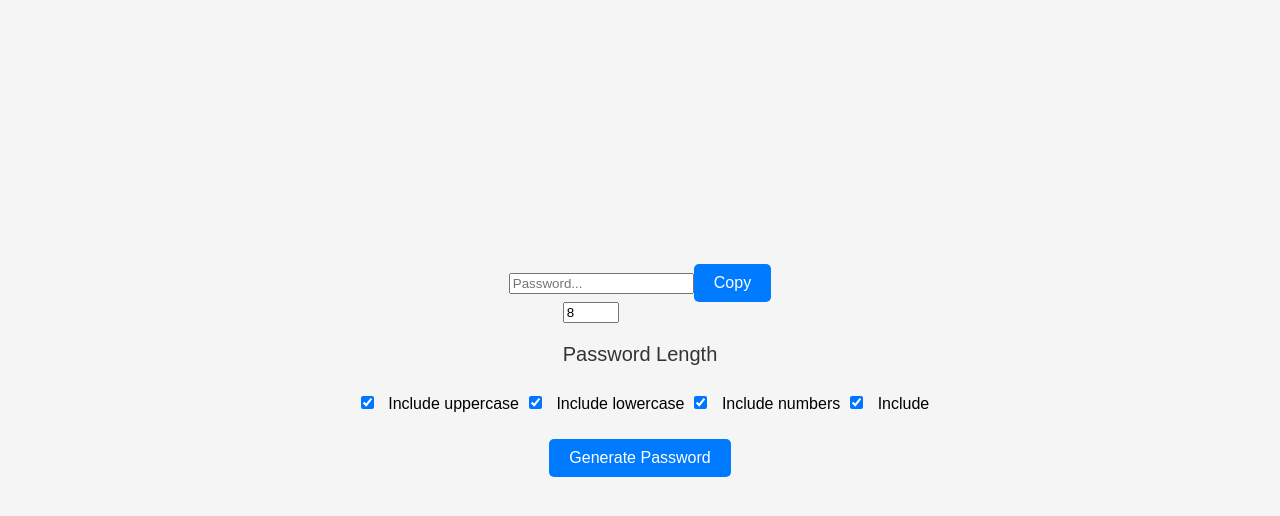
Repository: sriram1224/pass-generator
Page: /
The author's editor kept a copy of each file at every save. The page is drawn from the files as they stood at one save, then again after the next save.
The browser window is 1280 px wide. The pictures show the whole page.
The project was rebuilt for these pictures with package versions that can differ from the ones it lists, and the page was loaded fresh each time.

Above is the page before, as saved 2024-03-21 19:58:08.

After the next save:
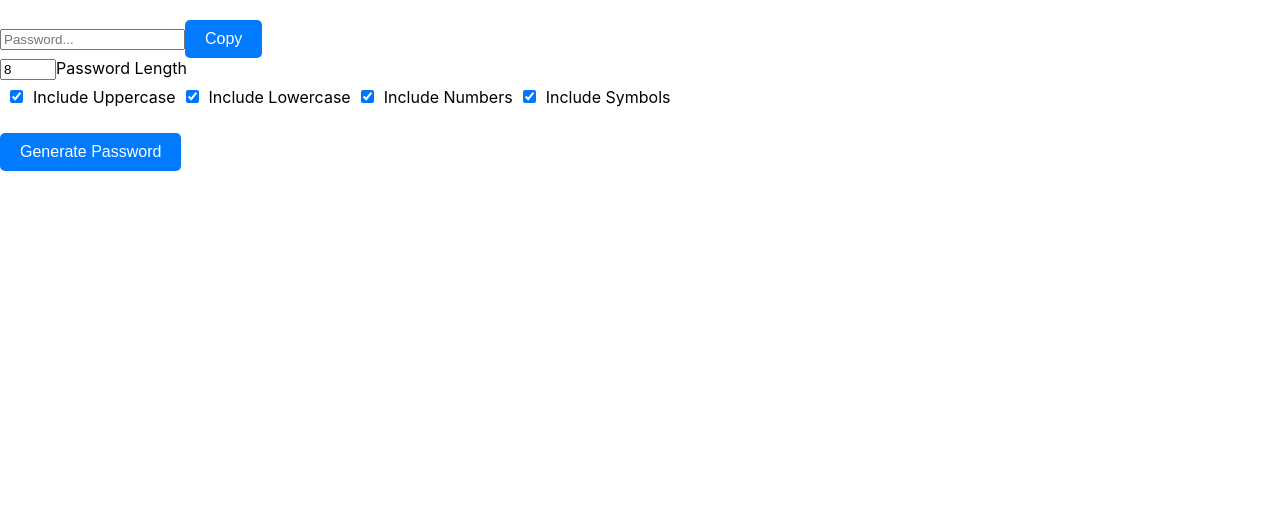
Saved 72 s later.
--- a/src/App.js
+++ b/src/App.js
@@ -20,14 +20,14 @@ function generatePassword(length, includeUpper, includeLower, includeNumber, inc
 }
 
 function App() {
-  const [password,setPassword] = useState('');
-  const includeUpperref = useRef(true);
-  const includeLowerref= useRef(true);
-  const includeSymbolref = useRef(true);
-  const includeNumberref= useRef(true);
+  const [password, setPassword] = useState('');
+  const includeUpperRef = useRef(true);
+  const includeLowerRef = useRef(true);
+  const includeSymbolRef = useRef(true);
+  const includeNumberRef = useRef(true);
   const [length, setLength] = useState(8);
 
-  const handlechange = (ref) => {
+  const handleCheckboxChange = (ref) => {
     ref.current = !ref.current;
     handlePassword();
   };
@@ -35,29 +35,33 @@ function App() {
   const handlePassword = useCallback(() => {
     const newPass = generatePassword(
       length,
-      includeUpperref.current,
-      includeLowerref.current,
-      includeNumberref.current,
-      includeSymbolref.current
+      includeUpperRef.current,
+      includeLowerRef.current,
+      includeNumberRef.current,
+      includeSymbolRef.current
     );
     setPassword(newPass);
-  }, [length, includeUpperref, includeLowerref, includeNumberref, includeSymbolref]);
+  }, [length, includeUpperRef, includeLowerRef, includeNumberRef, includeSymbolRef]);
 
   return (
-    <div className="App">
-      <div> <input type="text" value={password} placeholder='Password...' readOnly /><button onClick={() => navigator.clipboard.writeText(password)}>Copy</button>
+    <div className="container">
+      <div className="password-input">
+        <input type="text" value={password} placeholder='Password...' readOnly />
+        <button onClick={() => navigator.clipboard.writeText(password)}>Copy</button>
       </div>
-      <div>
+      <div className="length-input">
         <input type="number" value={length} onChange={(e) => setLength(parseInt(e.target.value))} min="1" max="50" />
-
-        <p>Password Length</p>
-
+        <label>Password Length</label>
       </div>
-
-      <div><input type="checkbox" checked={includeUpperref.current} onChange={() => handlechange(includeUpperref)} /> Include uppercase
-      <input type="checkbox" checked={includeLowerref.current} onChange={() => handlechange(includeLowerref)} /> Include lowercase
-      <input type="checkbox" checked={includeNumberref.current} onChange={() => handlechange(includeNumberref)} /> Include numbers
-      <input type="checkbox" checked={includeSymbolref.current} onChange={() => handlechange(includeSymbolref)} /> Include
+      <div className="checkboxes">
+        <input type="checkbox" checked={includeUpperRef.current} onChange={() => handleCheckboxChange(includeUpperRef)} />
+        <label>Include Uppercase</label>
+        <input type="checkbox" checked={includeLowerRef.current} onChange={() => handleCheckboxChange(includeLowerRef)} />
+        <label>Include Lowercase</label>
+        <input type="checkbox" checked={includeNumberRef.current} onChange={() => handleCheckboxChange(includeNumberRef)} />
+        <label>Include Numbers</label>
+        <input type="checkbox" checked={includeSymbolRef.current} onChange={() => handleCheckboxChange(includeSymbolRef)} />
+        <label>Include Symbols</label>
       </div>
       <button onClick={handlePassword}>Generate Password</button>
     </div>
